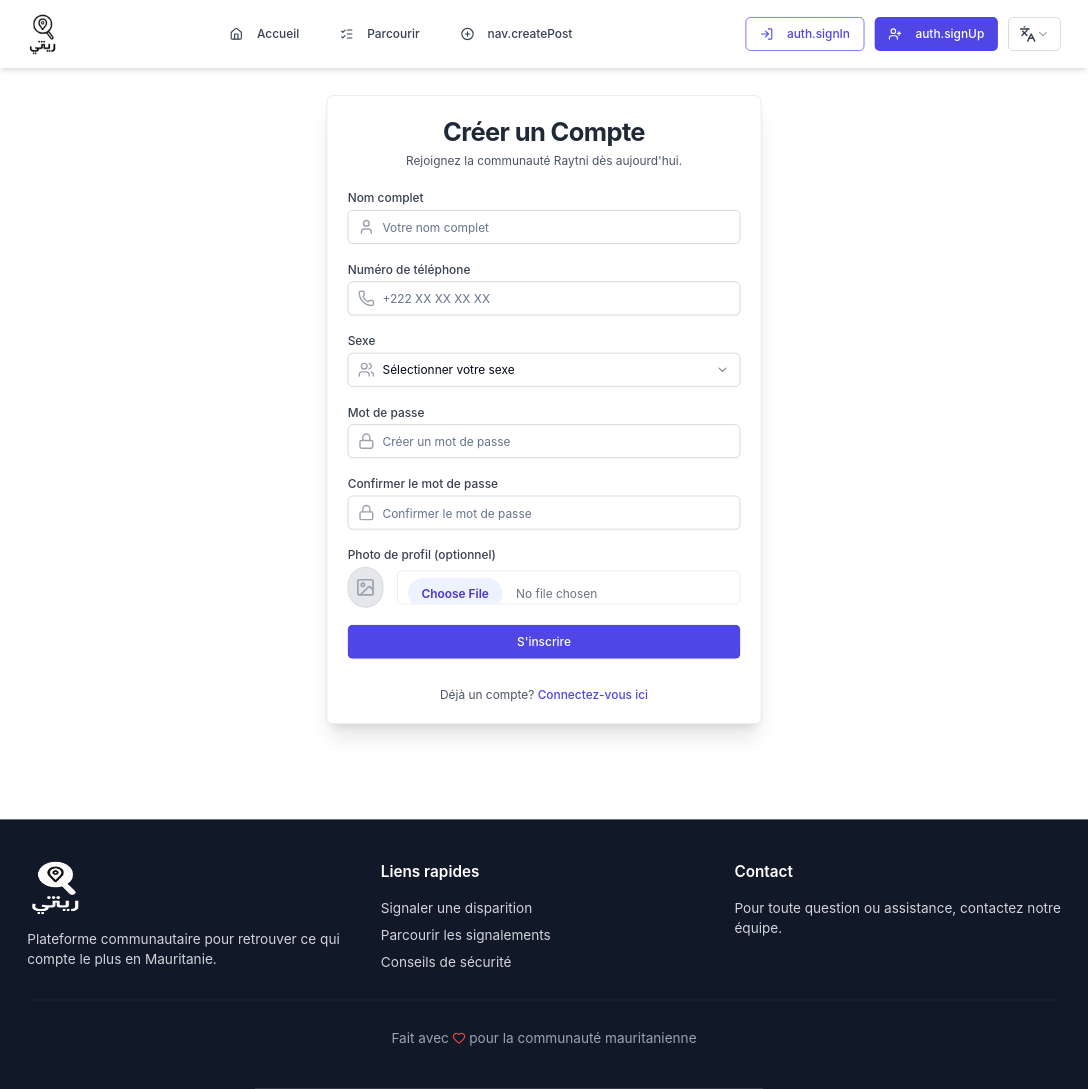
Repository: DahSidiAbdallah/Raytni
Page: /signup
The author's editor kept a copy of each file at every save. The page is drawn from the files as they stood at one save, then again after the next save.
The browser window is 1280 px wide. The pictures show the whole page, at 85% of full size.
The project was rebuilt for these pictures with package versions that can differ from the ones it lists, and the page was loaded fresh each time. Also part of the build but not shown: vite.config.ts, src/components/ui/tooltip.tsx, src/components/HeroSection.tsx, src/components/ui/textarea.tsx, src/components/CreatePostForm.tsx, src/components/LoadingSpinner.tsx, src/pages/Index.tsx, src/pages/NotFound.tsx and 8 more.

Above is the page before, as saved 2025-05-28 14:57:35.

### index.html
<!DOCTYPE html>
<html lang="en">
  <head>
    <meta charset="UTF-8" />
    <meta name="viewport" content="width=device-width, initial-scale=1.0" />
    <title>Raytni</title>
    <link rel="icon" type="image/png" href="/logo.png"/>
    <link rel="stylesheet" href="https://cdnjs.cloudflare.com/ajax/libs/font-awesome/6.0.0-beta3/css/all.min.css">
    <meta name="description" content="Lovable Generated Project" />
    <meta name="author" content="Lovable" />

    <meta property="og:title" content="mauritania-find-it-now" />
    <meta property="og:description" content="Lovable Generated Project" />
    <meta property="og:type" content="website" />
    <meta property="og:image" content="https://lovable.dev/opengraph-image-p98pqg.png" />

    <meta name="twitter:card" content="summary_large_image" />
    <meta name="twitter:site" content="@lovable_dev" />
    <meta name="twitter:image" content="https://lovable.dev/opengraph-image-p98pqg.png" />
  </head>

  <body>
    <div id="root"></div>
    <!-- IMPORTANT: DO NOT REMOVE THIS SCRIPT TAG OR THIS VERY COMMENT! -->
    <script src="https://cdn.gpteng.co/gptengineer.js" type="module"></script>
    <script type="module" src="/src/main.tsx"></script>
  </body>
</html>

### src/main.tsx

import { createRoot } from 'react-dom/client'
import AppWrapper from './AppWrapper.tsx'
import './index.css'

createRoot(document.getElementById("root")!).render(<AppWrapper />);

### src/AppWrapper.tsx

import { LanguageProvider } from './contexts/LanguageContext';
import App from './App';

const AppWrapper = () => {
  return (
    <LanguageProvider>
      <App />
    </LanguageProvider>
  );
};

export default AppWrapper;

### src/App.tsx
import { Toaster } from "@/components/ui/toaster";
import { Toaster as Sonner } from "@/components/ui/sonner";
import { TooltipProvider } from "@/components/ui/tooltip";
import { QueryClient, QueryClientProvider } from "@tanstack/react-query";
import { BrowserRouter, Routes, Route } from "react-router-dom";
import Index from "./pages/Index";
import NotFound from "./pages/NotFound";
import PolicePage from './pages/Police';
import CreatePostPage from './pages/CreatePostPage';
import SafetyTipsPage from './pages/SafetyTipsPage';
import BrowsePage from './pages/BrowsePage';
import SignInPage from './pages/SignInPage';
import SignUpPage from './pages/SignUpPage';
import MainLayout from './components/MainLayout';

const queryClient = new QueryClient();

const App = () => (
  <QueryClientProvider client={queryClient}>
    <TooltipProvider>
      <Toaster />
      <Sonner />
      <BrowserRouter>
        <Routes>
          <Route path="/" element={<Index />} />
          <Route path="/police" element={<PolicePage />} />
          <Route path="/create-post" element={<CreatePostPage />} />
          <Route path="/safety-tips" element={<SafetyTipsPage />} />
          <Route path="/browse" element={<BrowsePage />} />
          <Route path="/signin" element={<MainLayout><SignInPage /></MainLayout>} />
          <Route path="/signup" element={<MainLayout><SignUpPage /></MainLayout>} />
          {/* ADD ALL CUSTOM ROUTES ABOVE THE CATCH-ALL "*" ROUTE */}
          <Route path="*" element={<NotFound />} />
        </Routes>
      </BrowserRouter>
    </TooltipProvider>
  </QueryClientProvider>
);

export default App;

### src/components/ui/toaster.tsx
import { useToast } from "@/hooks/use-toast"
import {
  Toast,
  ToastClose,
  ToastDescription,
  ToastProvider,
  ToastTitle,
  ToastViewport,
} from "@/components/ui/toast"

export function Toaster() {
  const { toasts } = useToast()

  return (
    <ToastProvider>
      {toasts.map(function ({ id, title, description, action, ...props }) {
        return (
          <Toast key={id} {...props}>
            <div className="grid gap-1">
              {title && <ToastTitle>{title}</ToastTitle>}
              {description && (
                <ToastDescription>{description}</ToastDescription>
              )}
            </div>
            {action}
            <ToastClose />
          </Toast>
        )
      })}
      <ToastViewport />
    </ToastProvider>
  )
}

### src/components/ui/sonner.tsx
import { useTheme } from "next-themes"
import { Toaster as Sonner, toast } from "sonner"

type ToasterProps = React.ComponentProps<typeof Sonner>

const Toaster = ({ ...props }: ToasterProps) => {
  const { theme = "system" } = useTheme()

  return (
    <Sonner
      theme={theme as ToasterProps["theme"]}
      className="toaster group"
      toastOptions={{
        classNames: {
          toast:
            "group toast group-[.toaster]:bg-background group-[.toaster]:text-foreground group-[.toaster]:border-border group-[.toaster]:shadow-lg",
          description: "group-[.toast]:text-muted-foreground",
          actionButton:
            "group-[.toast]:bg-primary group-[.toast]:text-primary-foreground",
          cancelButton:
            "group-[.toast]:bg-muted group-[.toast]:text-muted-foreground",
        },
      }}
      {...props}
    />
  )
}

export { Toaster, toast }

### src/components/MainLayout.tsx
import React, { ReactNode } from 'react';
import Header from '@/components/Header';
import Footer from '@/components/Footer';
import { useNavigate } from 'react-router-dom';

interface MainLayoutProps {
  children: ReactNode;
}

const MainLayout = ({ children }: MainLayoutProps) => {
  const navigate = useNavigate();

  const handleCreatePost = () => {
    console.log('Navigate to create post');
    navigate('/create-post');
  };

  const handleViewBrowse = () => {
    console.log('Navigate to browse');
    navigate('/browse');
  };

  const handleViewHome = () => {
    console.log('Navigate to home');
    navigate('/');
  };

  return (
    <div className="flex flex-col min-h-screen">
      <Header
        onCreatePost={handleCreatePost}
        onViewBrowse={handleViewBrowse}
        onViewHome={handleViewHome}
      />
      <main className="flex-grow container mx-auto px-4 py-8">
        {children}
      </main>
      <Footer />
    </div>
  );
};

export default MainLayout;

### src/components/Header.tsx
import React, { useState } from 'react';
import { Link, useNavigate } from 'react-router-dom';
import { Button } from "@/components/ui/button";
import { Input } from "@/components/ui/input";
import { Sheet, SheetContent, SheetTrigger, SheetClose } from "@/components/ui/sheet";
import { Select, SelectContent, SelectItem, SelectTrigger, SelectValue } from "@/components/ui/select";
import { Menu, X, Search as SearchIcon, Moon, Sun, Languages, Home, ListChecks, PlusCircle, LogIn, UserPlus } from 'lucide-react';
import Logo from '/logo.png';
import { useLanguage, Language } from "@/contexts/LanguageContext";

interface HeaderProps {
  onCreatePost: () => void;
  onViewBrowse: () => void;
  onViewHome: () => void;
}

const Header = ({ onCreatePost, onViewBrowse, onViewHome }: HeaderProps) => {
  const navigate = useNavigate();
  const { language, setLanguage, t } = useLanguage();
  const [isMobileMenuOpen, setIsMobileMenuOpen] = useState(false);
  const [searchTerm, setSearchTerm] = useState("");

  const handleSearch = (e: React.FormEvent) => {
    e.preventDefault();
    if (searchTerm.trim()) {
      console.log("Search term:", searchTerm.trim());
      setSearchTerm("");
    }
  };

  return (
    <header className="bg-white shadow-md sticky top-0 z-50">
      <div className="max-w-7xl mx-auto px-4 sm:px-6 lg:px-8">
        <div className="flex items-center justify-between h-20">
          <div className="flex items-center">
            <Link to="/" className="flex items-center space-x-3 rtl:space-x-reverse">
              <img src={Logo} alt="Chaabik Logo" className="h-12 w-auto" />

            </Link>
          </div>

          <div className="hidden md:flex items-center space-x-6">
            <nav className="space-x-4">
              <Button variant="ghost" onClick={onViewHome} className="text-gray-700 hover:text-blue-600"><Home className="mr-2 h-5 w-5"/>{t('nav.home')}</Button>
              <Button variant="ghost" onClick={onViewBrowse} className="text-gray-700 hover:text-blue-600"><ListChecks className="mr-2 h-5 w-5"/>{t('nav.browse')}</Button>
              <Button variant="ghost" onClick={onCreatePost} className="text-gray-700 hover:text-blue-600"><PlusCircle className="mr-2 h-5 w-5"/>{t('nav.createPost')}</Button>
            </nav>
          </div>

          <div className="hidden md:flex items-center space-x-3">
            <Button variant="outline" onClick={() => navigate('/signin')} className="text-indigo-600 border-indigo-500 hover:bg-indigo-50">
              <LogIn className="mr-2 h-5 w-5" /> {t('auth.signIn')}
            </Button>
            <Button onClick={() => navigate('/signup')} className="bg-indigo-600 hover:bg-indigo-700 text-white">
              <UserPlus className="mr-2 h-5 w-5" /> {t('auth.signUp')}
            </Button>
            <Select value={language} onValueChange={(value) => setLanguage(value as Language)}>
              <SelectTrigger className="w-auto text-gray-700 hover:text-indigo-600 border-gray-300 focus:ring-indigo-500 focus:border-indigo-500">
                <Languages className="h-5 w-5" />
              </SelectTrigger>
              <SelectContent>
                <SelectItem value="en">English</SelectItem>
                <SelectItem value="fr">Français</SelectItem>
                <SelectItem value="ar">العربية</SelectItem>
              </SelectContent>
            </Select>
          </div>

          <div className="md:hidden flex items-center">
            <Sheet open={isMobileMenuOpen} onOpenChange={setIsMobileMenuOpen}>
              <SheetTrigger asChild>
                <Button variant="ghost" size="icon" className="text-gray-700 hover:text-indigo-600">
                  {isMobileMenuOpen ? <X className="h-7 w-7" /> : <Menu className="h-7 w-7" />}
                </Button>
              </SheetTrigger>
              <SheetContent side="left" className="w-64 p-6">
                <nav className="flex flex-col space-y-4">
                  <SheetClose asChild>
                    <Button variant="ghost" onClick={onViewHome} className="justify-start text-lg hover:text-indigo-600"><Home className="mr-3 h-6 w-6"/>{t('nav.home')}</Button>
                  </SheetClose>
                  <SheetClose asChild>
                    <Button variant="ghost" onClick={onViewBrowse} className="justify-start text-lg hover:text-indigo-600"><ListChecks className="mr-3 h-6 w-6"/>{t('nav.browse')}</Button>
                  </SheetClose>
                  <SheetClose asChild>
                    <Button variant="ghost" onClick={onCreatePost} className="justify-start text-lg hover:text-indigo-600"><PlusCircle className="mr-3 h-6 w-6"/>{t('nav.createPost')}</Button>
                  </SheetClose>
                  <hr className="my-4"/>
                  <SheetClose asChild>
                    <Button variant="outline" onClick={() => navigate('/signin')} className="justify-start text-lg text-indigo-600 border-indigo-500">
                       <LogIn className="mr-3 h-6 w-6" /> {t('auth.signIn')}
                    </Button>
                  </SheetClose>
                  <SheetClose asChild>
                    <Button onClick={() => navigate('/signup')} className="justify-start text-lg bg-indigo-600 hover:bg-indigo-700 text-white">
                      <UserPlus className="mr-3 h-6 w-6" /> {t('auth.signUp')}
                    </Button>
                  </SheetClose>
                  <hr className="my-4"/>
                  <div className="pt-2">
                    <p className="text-sm font-medium text-gray-500 mb-2">{t('settings.language')}</p>
                    <Select value={language} onValueChange={(newLang) => { setLanguage(newLang as Language); setIsMobileMenuOpen(false); }}>
                        <SelectTrigger className="w-full focus:ring-indigo-500 focus:border-indigo-500">
                            <Languages className="mr-2 h-5 w-5" />
                            <span>{language === 'en' ? 'English' : language === 'fr' ? 'Français' : 'العربية'}</span>
                        </SelectTrigger>
                        <SelectContent>
                            <SelectItem value="en">English</SelectItem>
                            <SelectItem value="fr">Français</SelectItem>
                            <SelectItem value="ar">العربية</SelectItem>
                        </SelectContent>
                    </Select>
                  </div>
                </nav>
              </SheetContent>
            </Sheet>
          </div>
        </div>
      </div>
    </header>
  );
};

export default Header;

### src/components/Footer.tsx
import { MapPin, Heart } from "lucide-react";
import footer from "../../public/footer.png";
import { Link } from "react-router-dom";

const Footer = () => {
  return (
    <footer className="bg-gray-900 text-white py-12 mt-20">
      <div className="max-w-7xl mx-auto px-4 sm:px-6 lg:px-8">
        <div className="grid md:grid-cols-3 gap-8">
          <div>
            <div className="flex items-center mb-4">
              <img src={footer} alt="Logo" className="h-16 w-16" />


            </div>
            <p className="text-gray-300">
              Plateforme communautaire pour retrouver ce qui compte le plus en Mauritanie.
            </p>
          </div>

          <div>
            <h3 className="text-lg font-semibold mb-4">Liens rapides</h3>
            <ul className="space-y-2 text-gray-300">
              <li><Link to="/create-post" className="hover:text-white transition-colors">Signaler une disparition</Link></li>
              <li><Link to="/browse" className="hover:text-white transition-colors">Parcourir les signalements</Link></li>
              <li><Link to="/safety-tips" className="hover:text-white transition-colors">Conseils de sécurité</Link></li>
            </ul>
          </div>

          <div>
            <h3 className="text-lg font-semibold mb-4">Contact</h3>
            <p className="text-gray-300">
              Pour toute question ou assistance, contactez notre équipe.
            </p>
          </div>
        </div>

        <div className="border-t border-gray-800 mt-8 pt-8 text-center text-gray-400">
          <p className="flex items-center justify-center">
            Fait avec <Heart className="h-4 w-4 mx-1 text-red-500" /> pour la communauté mauritanienne
          </p>
        </div>
      </div>
    </footer>
  );
};

export default Footer;

### src/components/ui/card.tsx
import * as React from "react"

import { cn } from "@/lib/utils"

const Card = React.forwardRef<
  HTMLDivElement,
  React.HTMLAttributes<HTMLDivElement>
>(({ className, ...props }, ref) => (
  <div
    ref={ref}
    className={cn(
      "rounded-lg border bg-card text-card-foreground shadow-sm",
      className
    )}
    {...props}
  />
))
Card.displayName = "Card"

const CardHeader = React.forwardRef<
  HTMLDivElement,
  React.HTMLAttributes<HTMLDivElement>
>(({ className, ...props }, ref) => (
  <div
    ref={ref}
    className={cn("flex flex-col space-y-1.5 p-6", className)}
    {...props}
  />
))
CardHeader.displayName = "CardHeader"

const CardTitle = React.forwardRef<
  HTMLParagraphElement,
  React.HTMLAttributes<HTMLHeadingElement>
>(({ className, ...props }, ref) => (
  <h3
    ref={ref}
    className={cn(
      "text-2xl font-semibold leading-none tracking-tight",
      className
    )}
    {...props}
  />
))
CardTitle.displayName = "CardTitle"

const CardDescription = React.forwardRef<
  HTMLParagraphElement,
  React.HTMLAttributes<HTMLParagraphElement>
>(({ className, ...props }, ref) => (
  <p
    ref={ref}
    className={cn("text-sm text-muted-foreground", className)}
    {...props}
  />
))
CardDescription.displayName = "CardDescription"

const CardContent = React.forwardRef<
  HTMLDivElement,
  React.HTMLAttributes<HTMLDivElement>
>(({ className, ...props }, ref) => (
  <div ref={ref} className={cn("p-6 pt-0", className)} {...props} />
))
CardContent.displayName = "CardContent"

const CardFooter = React.forwardRef<
  HTMLDivElement,
  React.HTMLAttributes<HTMLDivElement>
>(({ className, ...props }, ref) => (
  <div
    ref={ref}
    className={cn("flex items-center p-6 pt-0", className)}
    {...props}
  />
))
CardFooter.displayName = "CardFooter"

export { Card, CardHeader, CardFooter, CardTitle, CardDescription, CardContent }

### src/components/ui/button.tsx
import * as React from "react"
import { Slot } from "@radix-ui/react-slot"
import { cva, type VariantProps } from "class-variance-authority"

import { cn } from "@/lib/utils"

const buttonVariants = cva(
  "inline-flex items-center justify-center gap-2 whitespace-nowrap rounded-md text-sm font-medium ring-offset-background transition-colors focus-visible:outline-none focus-visible:ring-2 focus-visible:ring-ring focus-visible:ring-offset-2 disabled:pointer-events-none disabled:opacity-50 [&_svg]:pointer-events-none [&_svg]:size-4 [&_svg]:shrink-0",
  {
    variants: {
      variant: {
        default: "bg-primary text-primary-foreground hover:bg-primary/90",
        destructive:
          "bg-destructive text-destructive-foreground hover:bg-destructive/90",
        outline:
          "border border-input bg-background hover:bg-accent hover:text-accent-foreground",
        secondary:
          "bg-secondary text-secondary-foreground hover:bg-secondary/80",
        ghost: "hover:bg-accent hover:text-accent-foreground",
        link: "text-primary underline-offset-4 hover:underline",
      },
      size: {
        default: "h-10 px-4 py-2",
        sm: "h-9 rounded-md px-3",
        lg: "h-11 rounded-md px-8",
        icon: "h-10 w-10",
      },
    },
    defaultVariants: {
      variant: "default",
      size: "default",
    },
  }
)

export interface ButtonProps
  extends React.ButtonHTMLAttributes<HTMLButtonElement>,
    VariantProps<typeof buttonVariants> {
  asChild?: boolean
}

const Button = React.forwardRef<HTMLButtonElement, ButtonProps>(
  ({ className, variant, size, asChild = false, ...props }, ref) => {
    const Comp = asChild ? Slot : "button"
    return (
      <Comp
        className={cn(buttonVariants({ variant, size, className }))}
        ref={ref}
        {...props}
      />
    )
  }
)
Button.displayName = "Button"

export { Button, buttonVariants }

### src/components/ui/input.tsx
import * as React from "react"

import { cn } from "@/lib/utils"

const Input = React.forwardRef<HTMLInputElement, React.ComponentProps<"input">>(
  ({ className, type, ...props }, ref) => {
    return (
      <input
        type={type}
        className={cn(
          "flex h-10 w-full rounded-md border border-input bg-background px-3 py-2 text-base ring-offset-background file:border-0 file:bg-transparent file:text-sm file:font-medium file:text-foreground placeholder:text-muted-foreground focus-visible:outline-none focus-visible:ring-2 focus-visible:ring-ring focus-visible:ring-offset-2 disabled:cursor-not-allowed disabled:opacity-50 md:text-sm",
          className
        )}
        ref={ref}
        {...props}
      />
    )
  }
)
Input.displayName = "Input"

export { Input }

Loaded but not shown: src/hooks/use-toast.ts (common file); src/lib/utils.ts (common file); tailwind.config.ts (common file); src/pages/SignUpPage.tsx (174 lines, source omitted); src/contexts/LanguageContext.tsx (152 lines, source omitted); src/components/ui/select.tsx (158 lines, source omitted); src/components/ui/toast.tsx (127 lines, source omitted); src/components/ui/sheet.tsx (130 lines, source omitted); src/index.css (164 lines, source omitted)

After the next save:
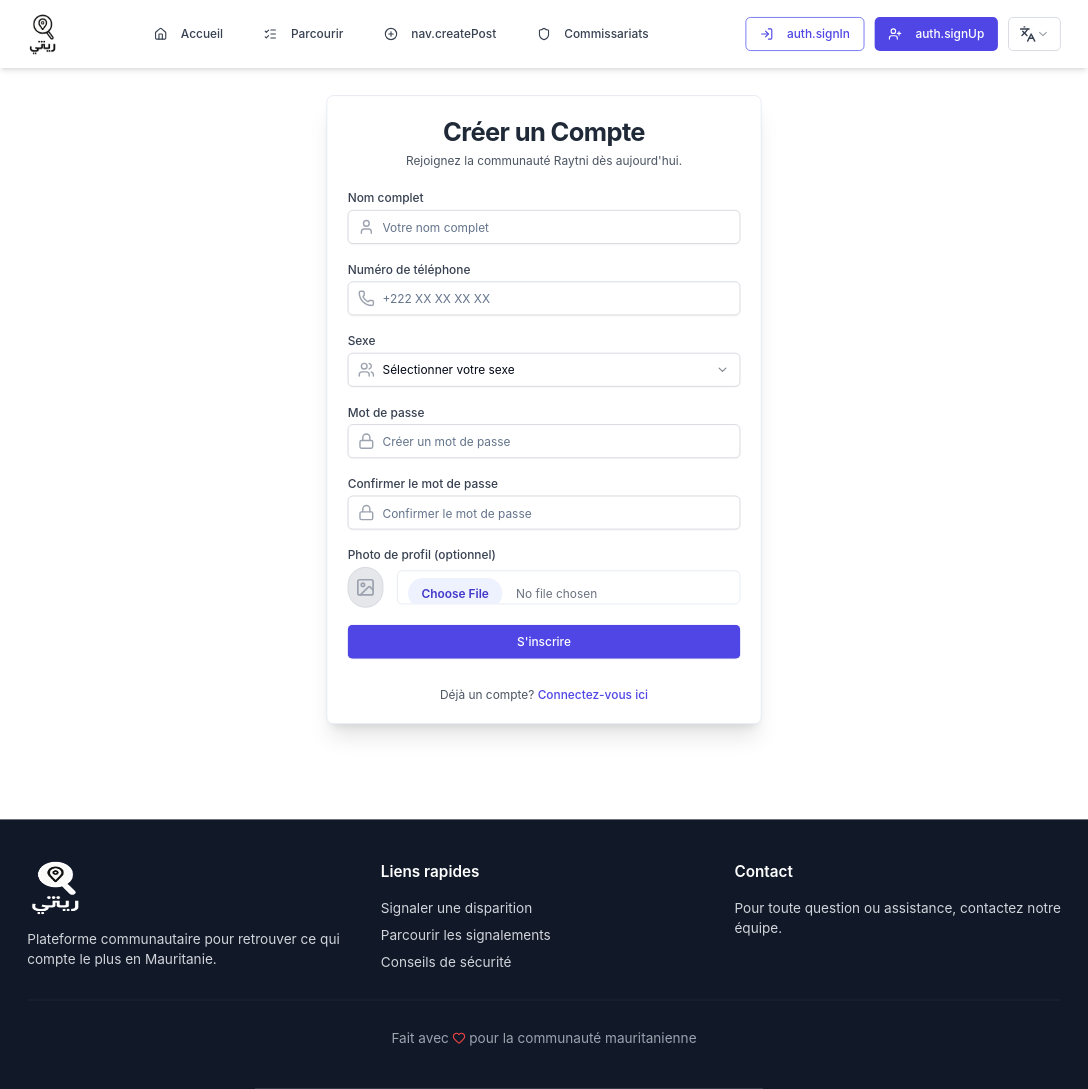
Saved 16 s later.
--- a/src/components/Header.tsx
+++ b/src/components/Header.tsx
@@ -4,7 +4,7 @@ import { Button } from "@/components/ui/button";
 import { Input } from "@/components/ui/input";
 import { Sheet, SheetContent, SheetTrigger, SheetClose } from "@/components/ui/sheet";
 import { Select, SelectContent, SelectItem, SelectTrigger, SelectValue } from "@/components/ui/select";
-import { Menu, X, Search as SearchIcon, Moon, Sun, Languages, Home, ListChecks, PlusCircle, LogIn, UserPlus } from 'lucide-react';
+import { Menu, X, Search as SearchIcon, Moon, Sun, Languages, Home, ListChecks, PlusCircle, LogIn, UserPlus, Shield } from 'lucide-react';
 import Logo from '/logo.png';
 import { useLanguage, Language } from "@/contexts/LanguageContext";
 
@@ -12,9 +12,10 @@ interface HeaderProps {
   onCreatePost: () => void;
   onViewBrowse: () => void;
   onViewHome: () => void;
+  onViewPolice: () => void;
 }
 
-const Header = ({ onCreatePost, onViewBrowse, onViewHome }: HeaderProps) => {
+const Header = ({ onCreatePost, onViewBrowse, onViewHome, onViewPolice }: HeaderProps) => {
   const navigate = useNavigate();
   const { language, setLanguage, t } = useLanguage();
   const [isMobileMenuOpen, setIsMobileMenuOpen] = useState(false);
@@ -44,6 +45,7 @@ const Header = ({ onCreatePost, onViewBrowse, onViewHome }: HeaderProps) => {
               <Button variant="ghost" onClick={onViewHome} className="text-gray-700 hover:text-blue-600"><Home className="mr-2 h-5 w-5"/>{t('nav.home')}</Button>
               <Button variant="ghost" onClick={onViewBrowse} className="text-gray-700 hover:text-blue-600"><ListChecks className="mr-2 h-5 w-5"/>{t('nav.browse')}</Button>
               <Button variant="ghost" onClick={onCreatePost} className="text-gray-700 hover:text-blue-600"><PlusCircle className="mr-2 h-5 w-5"/>{t('nav.createPost')}</Button>
+              <Button variant="ghost" onClick={onViewPolice} className="text-gray-700 hover:text-indigo-600"><Shield className="mr-2 h-5 w-5"/>{t('nav.police')}</Button>
             </nav>
           </div>
 
@@ -84,6 +86,9 @@ const Header = ({ onCreatePost, onViewBrowse, onViewHome }: HeaderProps) => {
                   <SheetClose asChild>
                     <Button variant="ghost" onClick={onCreatePost} className="justify-start text-lg hover:text-indigo-600"><PlusCircle className="mr-3 h-6 w-6"/>{t('nav.createPost')}</Button>
                   </SheetClose>
+                  <SheetClose asChild>
+                    <Button variant="ghost" onClick={onViewPolice} className="justify-start text-lg hover:text-indigo-600"><Shield className="mr-3 h-6 w-6"/>{t('nav.police')}</Button>
+                  </SheetClose>
                   <hr className="my-4"/>
                   <SheetClose asChild>
                     <Button variant="outline" onClick={() => navigate('/signin')} className="justify-start text-lg text-indigo-600 border-indigo-500">
